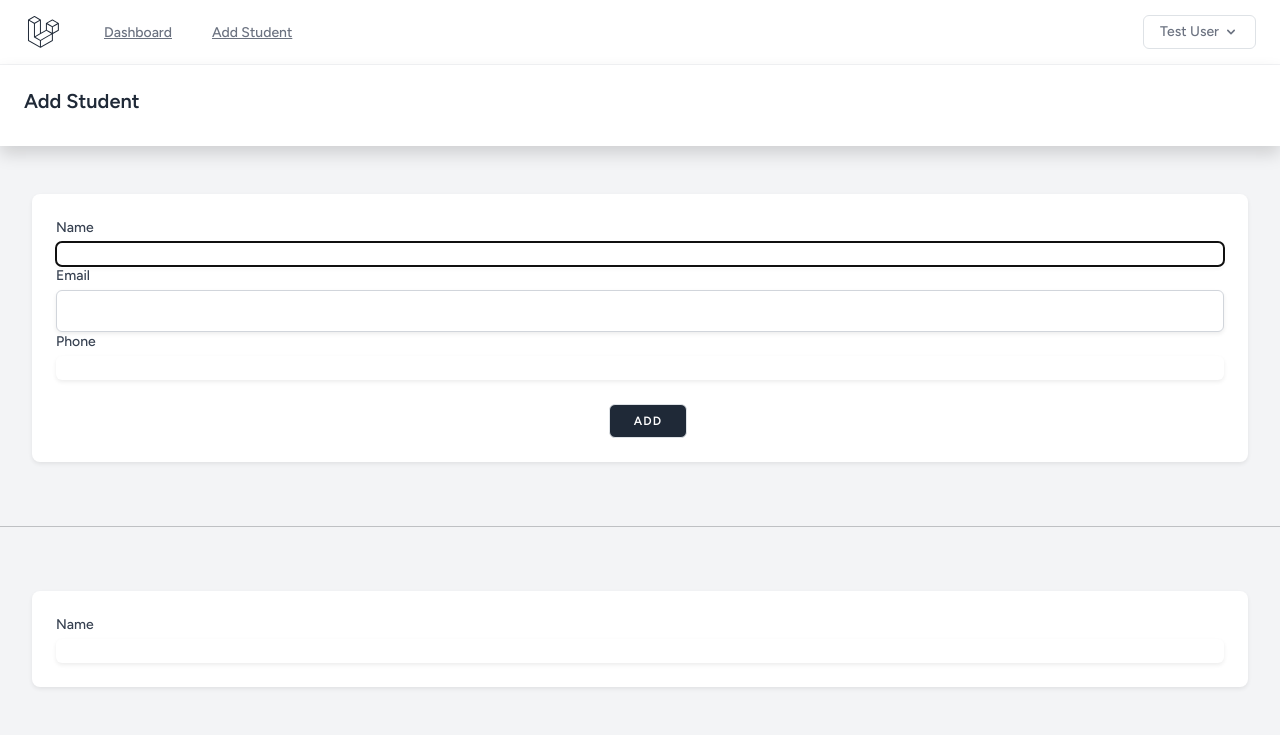
Repository: rkrukshan/CRUD-with-Laravel-V.10-Breeze
Page: http://localhost/add-student
These files come from the project's save history. The page is drawn as it stood at one moment and after the next save; the edit follows.
The browser window is 1280 px wide. The pictures show the whole page.
The page is served by the project's Laravel application, run on PHP 8.4 with Laravel 10. A made-up administrator, Test User (test@example.com), is signed in. Other server files are loaded and not shown. Style sheets and scripts are compiled from the project's sources, by tool versions that may differ from the author's.

Above is the page before, as saved 2023-11-15 10:31:08.

### app/Providers/AppServiceProvider.php
<?php

namespace App\Providers;

use Illuminate\Support\Facades\Schema;
use Illuminate\Support\ServiceProvider;

class AppServiceProvider extends ServiceProvider
{
    /**
     * Register any application services.
     */
    public function register(): void
    {
        //
    }

    /**
     * Bootstrap any application services.
     */
    public function boot(): void
    {
        Schema::defaultStringLength('191');
    }
}

### routes/web.php
<?php

use App\Http\Controllers\ProfileController;
use App\Http\Controllers\StudentController;
use Illuminate\Support\Facades\Route;

/*
|--------------------------------------------------------------------------
| Web Routes
|--------------------------------------------------------------------------
|
| Here is where you can register web routes for your application. These
| routes are loaded by the RouteServiceProvider and all of them will
| be assigned to the "web" middleware group. Make something great!
|
*/

Route::get('/', function () {
    return view('welcome');
});

Route::get('/dashboard', function () {
    return view('dashboard');
})->middleware(['auth', 'verified'])->name('dashboard');

Route::middleware('auth')->group(function () {
    Route::get('/profile', [ProfileController::class, 'edit'])->name('profile.edit');
    Route::patch('/profile', [ProfileController::class, 'update'])->name('profile.update');
    Route::delete('/profile', [ProfileController::class, 'destroy'])->name('profile.destroy');
});

require __DIR__.'/auth.php';


Route::controller(StudentController::class)->group(function () {
    Route::get('/add-student', 'create');
    Route::post('/add-student', 'store');
    Route::post('/students', 'index');
});

### app/Http/Controllers/StudentController.php
<?php

namespace App\Http\Controllers;

use App\Models\Student;
use Illuminate\Http\Request;
use App\Http\Requests\StudentFormRequest;

class StudentController extends Controller
{
    /**
     * Display a listing of the resource.
     */
    public function index()
    {
        $records = Student::all();
        return view('student.create',compact('records'));
    }

    /**
     * Show the form for creating a new resource.
     */
    public function create()
    {
        return view('student.create');
    }

    /**
     * Store a newly created resource in storage.
     */
    public function store(StudentFormRequest $request)
    {
        $data=$request->validated();
        $student=Student::create($data);
        return redirect('/add-student')->with('message','Saved Successfully');
    }

    /**
     * Display the specified resource.
     */
    public function show(string $id)
    {
        //
    }

    /**
     * Show the form for editing the specified resource.
     */
    public function edit(string $id)
    {
        //
    }

    /**
     * Update the specified resource in storage.
     */
    public function update(Request $request, string $id)
    {
        //
    }

    /**
     * Remove the specified resource from storage.
     */
    public function destroy(string $id)
    {
        //
    }
}

### resources/views/student/create.blade.php
<x-app-layout>
    <x-slot name="header">
        <h2 class="font-semibold text-xl text-gray-800 dark:text-gray-200 leading-tight">
            {{ __('Add Student') }}
        </h2>
    </x-slot>

    <div class="py-12">
        <center>
            <x-success-status class="mb-4" :status="session('message')" />
            {{--
            <x-validation-errors class="mb-4" :errors="$errors" /> --}}
        </center>
        <div class="max-w-7xl mx-auto sm:px-6 lg:px-8">
            <div class="bg-white dark:bg-gray-800 overflow-hidden shadow-sm sm:rounded-lg">
                <div class="p-6 text-gray-900 dark:text-gray-100">
                    <form action="{{ url('add-student') }}" method="POST">
                        @csrf
                        <div>
                            <x-input-label for="name" :value="__('Name')" />
                            <x-text-input id="name" class="block mt-1 w-full" type="name" name="name"
                                :value="old('name')" autofocus autocomplete="username" />
                            <x-input-error :messages="$errors->get('name')" class="mt-2" />
                        </div>


                        <div>
                            <x-input-label for="email" :value="__('Email')" />
                            <x-text-input id="email" class="block mt-1 w-full" type="email" name="email"
                                :value="old('email')" autofocus autocomplete="username" />
                            <x-input-error :messages="$errors->get('email')" class="mt-2" />
                        </div>


                        <div>
                            <x-input-label for="phone" :value="__('Phone')" />
                            <x-text-input id="phone" class="block mt-1 w-full" type="phone" name="phone"
                                :value="old('phone')" autofocus autocomplete="username" />
                            <x-input-error :messages="$errors->get('phone')" class="mt-2" />
                        </div>
                        <br>

                        <div>
                            <center>
                                <x-primary-button class="ms-3">
                                    {{ __('Add') }}
                                </x-primary-button>
                            </center>
                        </div>

                    </form>
                </div>
            </div>
        </div>
    </div>

    <hr>


    <x-slot name="header">
        <h2 class="font-semibold text-xl text-gray-800 dark:text-gray-200 leading-tight">
            {{ __('Add Student') }}
        </h2>
    </x-slot>

    <div class="py-12">


        <div class="max-w-7xl mx-auto sm:px-6 lg:px-8">
            <div class="bg-white dark:bg-gray-800 overflow-hidden shadow-sm sm:rounded-lg">
                <div class="p-6 text-gray-900 dark:text-gray-100">
                    <form action="{{ url('add-student') }}" method="POST">
                        @csrf
                        <div>
                            <x-input-label for="name" :value="__('Name')" />
                            <x-text-input id="name" class="block mt-1 w-full" type="name" name="name"
                                :value="old('name')" autofocus autocomplete="username" />
                            <x-input-error :messages="$errors->get('name')" class="mt-2" />
                        </div>
</x-app-layout>

### resources/views/layouts/app.blade.php
<!DOCTYPE html>
<html lang="{{ str_replace('_', '-', app()->getLocale()) }}">

<head>
    <meta charset="utf-8">
    <meta name="viewport" content="width=device-width, initial-scale=1">
    <meta name="csrf-token" content="{{ csrf_token() }}">

    <title>{{ config('app.name', 'Laravel') }}</title>

    <!-- Fonts -->
    <link rel="preconnect" href="https://fonts.bunny.net">
    <link href="https://fonts.bunny.net/css?family=figtree:400,500,600&display=swap" rel="stylesheet" />
    <link href="https://cdn.jsdelivr.net/npm/bootstrap@5.3.2/dist/css/bootstrap.min.css" rel="stylesheet"
        integrity="sha384-T3c6CoIi6uLrA9TneNEoa7RxnatzjcDSCmG1MXxSR1GAsXEV/Dwwykc2MPK8M2HN" crossorigin="anonymous">
    <!-- Scripts -->
    @vite(['resources/css/app.css', 'resources/js/app.js'])
</head>

<body class="font-sans antialiased">
    <div class="min-h-screen bg-gray-100 dark:bg-gray-900">
        @include('layouts.navigation')

        <!-- Page Heading -->
        @if (isset($header))
        <header class="bg-white dark:bg-gray-800 shadow">
            <div class="max-w-7xl mx-auto py-6 px-4 sm:px-6 lg:px-8">
                {{ $header }}
            </div>
        </header>
        @endif

        <!-- Page Content -->
        <main>
            {{ $slot }}
        </main>
    </div>
    <link href="https://cdn.jsdelivr.net/npm/bootstrap@5.3.2/dist/css/bootstrap.min.css" rel="stylesheet"
        integrity="sha384-T3c6CoIi6uLrA9TneNEoa7RxnatzjcDSCmG1MXxSR1GAsXEV/Dwwykc2MPK8M2HN" crossorigin="anonymous">
</body>

</html>

### resources/views/layouts/navigation.blade.php
<nav x-data="{ open: false }" class="bg-white dark:bg-gray-800 border-b border-gray-100 dark:border-gray-700">
    <!-- Primary Navigation Menu -->
    <div class="max-w-7xl mx-auto px-4 sm:px-6 lg:px-8">
        <div class="flex justify-between h-16">
            <div class="flex">
                <!-- Logo -->
                <div class="shrink-0 flex items-center">
                    <a href="{{ route('dashboard') }}">
                        <x-application-logo class="block h-9 w-auto fill-current text-gray-800 dark:text-gray-200" />
                    </a>
                </div>

                <!-- Navigation Links -->
                <div class="hidden space-x-8 sm:-my-px sm:ms-10 sm:flex">
                    <x-nav-link :href="route('dashboard')" :active="request()->routeIs('dashboard')">
                        {{ __('Dashboard') }}
                    </x-nav-link>


                    <x-nav-link :href="url('add-student')" :active="request()->routeIs('dashboard')">
                        {{ __('Add Student') }}
                    </x-nav-link>


                    {{--  <x-nav-link :href="route('dashboard')" :active="request()->routeIs('dashboard')">
                        {{ __('Dashboard') }}
                    </x-nav-link>  --}}
                </div>
            </div>

            <!-- Settings Dropdown -->
            <div class="hidden sm:flex sm:items-center sm:ms-6">
                <x-dropdown align="right" width="48">
                    <x-slot name="trigger">
                        <button class="inline-flex items-center px-3 py-2 border border-transparent text-sm leading-4 font-medium rounded-md text-gray-500 dark:text-gray-400 bg-white dark:bg-gray-800 hover:text-gray-700 dark:hover:text-gray-300 focus:outline-none transition ease-in-out duration-150">
                            <div>{{ Auth::user()->name }}</div>

                            <div class="ms-1">
                                <svg class="fill-current h-4 w-4" xmlns="http://www.w3.org/2000/svg" viewBox="0 0 20 20">
                                    <path fill-rule="evenodd" d="M5.293 7.293a1 1 0 011.414 0L10 10.586l3.293-3.293a1 1 0 111.414 1.414l-4 4a1 1 0 01-1.414 0l-4-4a1 1 0 010-1.414z" clip-rule="evenodd" />
                                </svg>
                            </div>
                        </button>
                    </x-slot>

                    <x-slot name="content">
                        <x-dropdown-link :href="route('profile.edit')">
                            {{ __('Profile') }}
                        </x-dropdown-link>

                        <!-- Authentication -->
                        <form method="POST" action="{{ route('logout') }}">
                            @csrf

                            <x-dropdown-link :href="route('logout')"
                                    onclick="event.preventDefault();
                                                this.closest('form').submit();">
                                {{ __('Log Out') }}
                            </x-dropdown-link>
                        </form>
                    </x-slot>
                </x-dropdown>
            </div>

            <!-- Hamburger -->
            <div class="-me-2 flex items-center sm:hidden">
                <button @click="open = ! open" class="inline-flex items-center justify-center p-2 rounded-md text-gray-400 dark:text-gray-500 hover:text-gray-500 dark:hover:text-gray-400 hover:bg-gray-100 dark:hover:bg-gray-900 focus:outline-none focus:bg-gray-100 dark:focus:bg-gray-900 focus:text-gray-500 dark:focus:text-gray-400 transition duration-150 ease-in-out">
                    <svg class="h-6 w-6" stroke="currentColor" fill="none" viewBox="0 0 24 24">
                        <path :class="{'hidden': open, 'inline-flex': ! open }" class="inline-flex" stroke-linecap="round" stroke-linejoin="round" stroke-width="2" d="M4 6h16M4 12h16M4 18h16" />
                        <path :class="{'hidden': ! open, 'inline-flex': open }" class="hidden" stroke-linecap="round" stroke-linejoin="round" stroke-width="2" d="M6 18L18 6M6 6l12 12" />
                    </svg>
                </button>
            </div>
        </div>
    </div>

    <!-- Responsive Navigation Menu -->
    <div :class="{'block': open, 'hidden': ! open}" class="hidden sm:hidden">
        <div class="pt-2 pb-3 space-y-1">
            <x-responsive-nav-link :href="route('dashboard')" :active="request()->routeIs('dashboard')">
                {{ __('Dashboard') }}
            </x-responsive-nav-link>
        </div>

        <!-- Responsive Settings Options -->
        <div class="pt-4 pb-1 border-t border-gray-200 dark:border-gray-600">
            <div class="px-4">
                <div class="font-medium text-base text-gray-800 dark:text-gray-200">{{ Auth::user()->name }}</div>
                <div class="font-medium text-sm text-gray-500">{{ Auth::user()->email }}</div>
            </div>

            <div class="mt-3 space-y-1">
                <x-responsive-nav-link :href="route('profile.edit')">
                    {{ __('Profile') }}
                </x-responsive-nav-link>

                <!-- Authentication -->
                <form method="POST" action="{{ route('logout') }}">
                    @csrf

                    <x-responsive-nav-link :href="route('logout')"
                            onclick="event.preventDefault();
                                        this.closest('form').submit();">
                        {{ __('Log Out') }}
                    </x-responsive-nav-link>
                </form>
            </div>
        </div>
    </div>
</nav>

Loaded but not shown: routes/auth.php (common file); app/Http/Controllers/Auth/EmailVerificationPromptController.php (common file); app/Http/Controllers/Controller.php (common file); app/Http/Controllers/Auth/VerifyEmailController.php (common file); app/Models/User.php (common file); app/View/Components/AppLayout.php (common file); resources/views/components/success-status.blade.php (common file); resources/views/components/input-label.blade.php (common file); resources/views/components/text-input.blade.php (common file); resources/views/components/input-error.blade.php (common file); resources/views/components/primary-button.blade.php (common file); resources/views/components/application-logo.blade.php (common file); resources/views/components/nav-link.blade.php (common file); resources/views/components/dropdown-link.blade.php (common file); resources/views/components/dropdown.blade.php (common file); resources/views/components/responsive-nav-link.blade.php (common file); resources/css/app.css (common file); tailwind.config.js (common file); resources/js/app.js (common file); resources/js/bootstrap.js (common file)

After the next save:
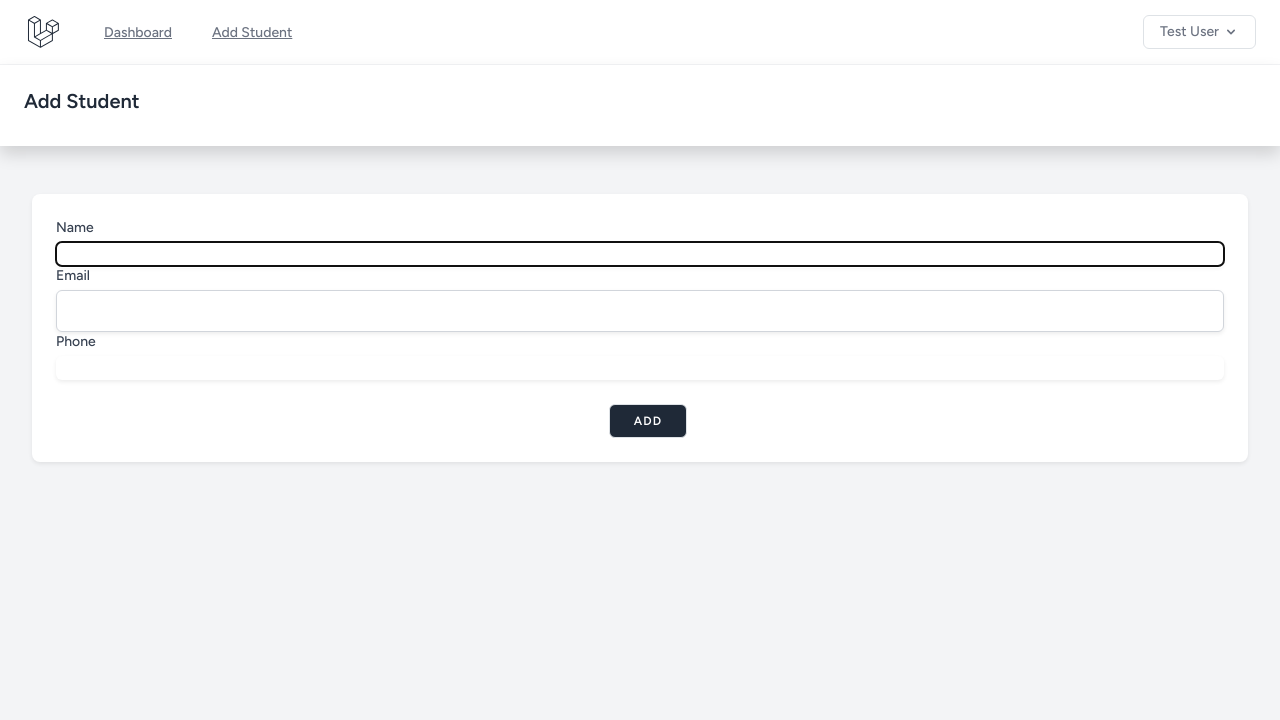
Saved 2 min 13 s later.
--- a/resources/views/student/create.blade.php
+++ b/resources/views/student/create.blade.php
@@ -6,11 +6,10 @@
     </x-slot>
 
     <div class="py-12">
-        <center>
-            <x-success-status class="mb-4" :status="session('message')" />
-            {{--
-            <x-validation-errors class="mb-4" :errors="$errors" /> --}}
-        </center>
+    <center>
+        <x-success-status class="mb-4" :status="session('message')" />
+        {{--  <x-validation-errors class="mb-4" :errors="$errors" />  --}}
+    </center>
         <div class="max-w-7xl mx-auto sm:px-6 lg:px-8">
             <div class="bg-white dark:bg-gray-800 overflow-hidden shadow-sm sm:rounded-lg">
                 <div class="p-6 text-gray-900 dark:text-gray-100">
@@ -53,28 +52,4 @@
             </div>
         </div>
     </div>
-
-    <hr>
-
-
-    <x-slot name="header">
-        <h2 class="font-semibold text-xl text-gray-800 dark:text-gray-200 leading-tight">
-            {{ __('Add Student') }}
-        </h2>
-    </x-slot>
-
-    <div class="py-12">
-
-
-        <div class="max-w-7xl mx-auto sm:px-6 lg:px-8">
-            <div class="bg-white dark:bg-gray-800 overflow-hidden shadow-sm sm:rounded-lg">
-                <div class="p-6 text-gray-900 dark:text-gray-100">
-                    <form action="{{ url('add-student') }}" method="POST">
-                        @csrf
-                        <div>
-                            <x-input-label for="name" :value="__('Name')" />
-                            <x-text-input id="name" class="block mt-1 w-full" type="name" name="name"
-                                :value="old('name')" autofocus autocomplete="username" />
-                            <x-input-error :messages="$errors->get('name')" class="mt-2" />
-                        </div>
 </x-app-layout>
